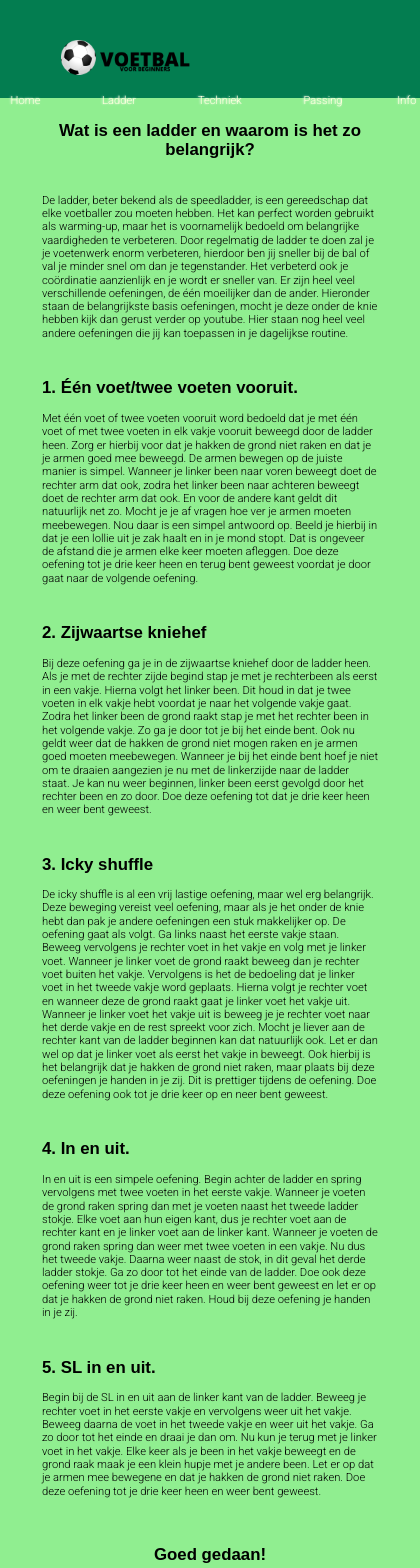
Repository: KelvinOxfoort/Start
Page: ladder.html
The author's editor kept a record of every edit. The page is drawn from the files as they stood at one moment, then again after the next edit.
The browser window is 600 px wide. The pictures show the part of the page from y = 0 to 2240 px (the page is 2715 px tall before and 2775 px after), at 70% of full size.
Some web fonts or font styles are not loaded; a fallback is used.

Above is the page before.

After the next edit:
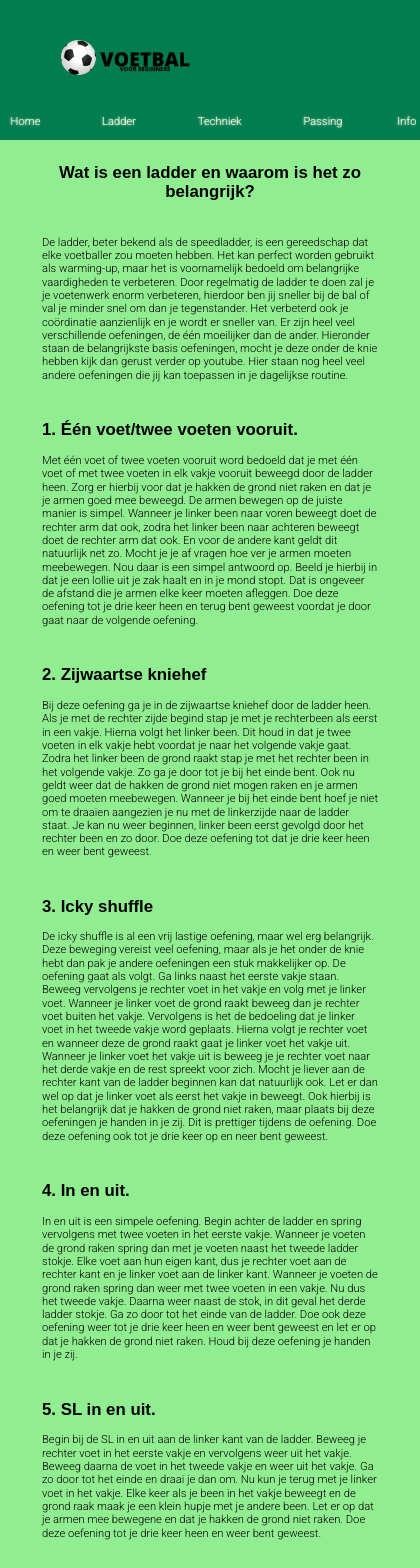
The edit:
--- a/style.css
+++ b/style.css
@@ -576,6 +576,6 @@
     }
 
     header {
-        height: 140px;
-    }
-}
+        height: 200px;
+    }
+}
